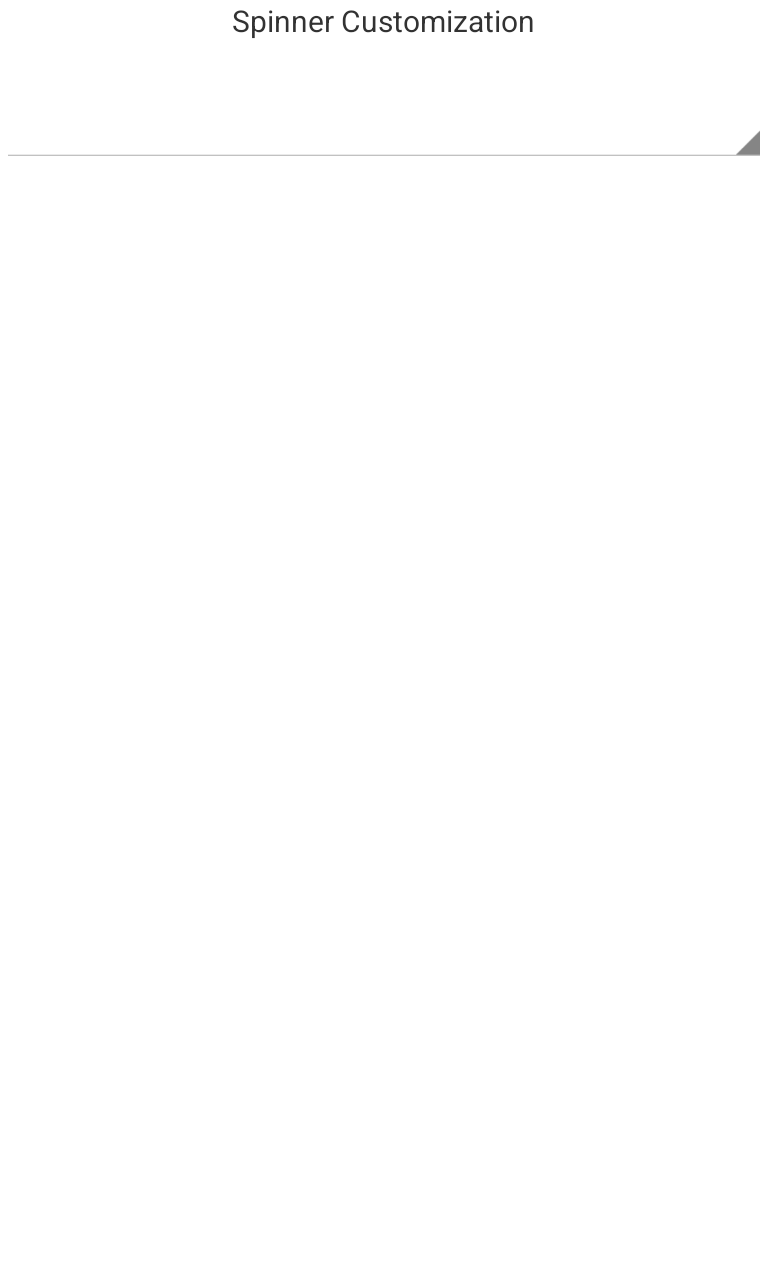
Repository: christianchi/di
Layout: SpinnerCustom/res/layout/activity_main.xml
An editor plug-in stored every save of this project. The layout is shown before and after the next save, followed by the edit.
It is drawn on a 768 x 1280 px phone screen (xhdpi) without system bars, with theme AppTheme; the app's code is not run.

Above is the layout before, as saved 2013-10-07 23:09:20.

### SpinnerCustom/res/layout/activity_main.xml
<?xml version="1.0" encoding="utf-8"?>
<RelativeLayout xmlns:android="http://schemas.android.com/apk/res/android"
    android:layout_width="fill_parent"
    android:layout_height="fill_parent" >

    <TextView
        android:layout_width="wrap_content"
        android:layout_height="wrap_content"
        android:layout_centerHorizontal="true"
        android:text="Spinner Customization"
        android:textSize="30px" />

    <Spinner
        android:id="@+id/spinner_show"
        android:layout_width="fill_parent"
        android:layout_height="wrap_content"
        android:layout_marginTop="100px"
        android:drawSelectorOnTop="true" />

</RelativeLayout>


Read more: http://mrbool.com/how-to-customize-spinner-in-android/28286#ixzz2h53hateL

Loaded but not shown: SpinnerCustom/res/values/styles.xml (common file); SpinnerCustom/res/values-v11/styles.xml (common file); SpinnerCustom/res/values-v14/styles.xml (common file)

After the next save:
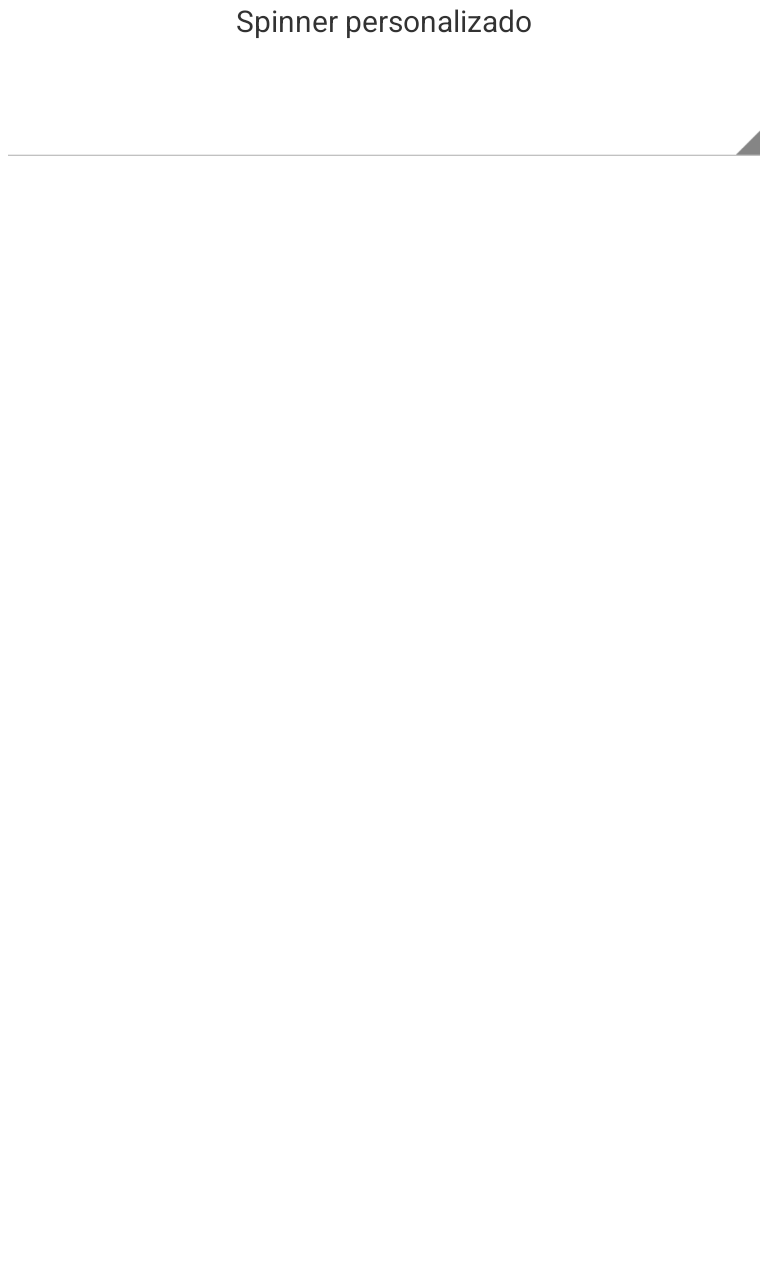
Saved 6 s later.
--- a/SpinnerCustom/res/layout/activity_main.xml
+++ b/SpinnerCustom/res/layout/activity_main.xml
@@ -7,7 +7,7 @@
         android:layout_width="wrap_content"
         android:layout_height="wrap_content"
         android:layout_centerHorizontal="true"
-        android:text="Spinner Customization"
+        android:text="Spinner personalizado"
         android:textSize="30px" />
 
     <Spinner
